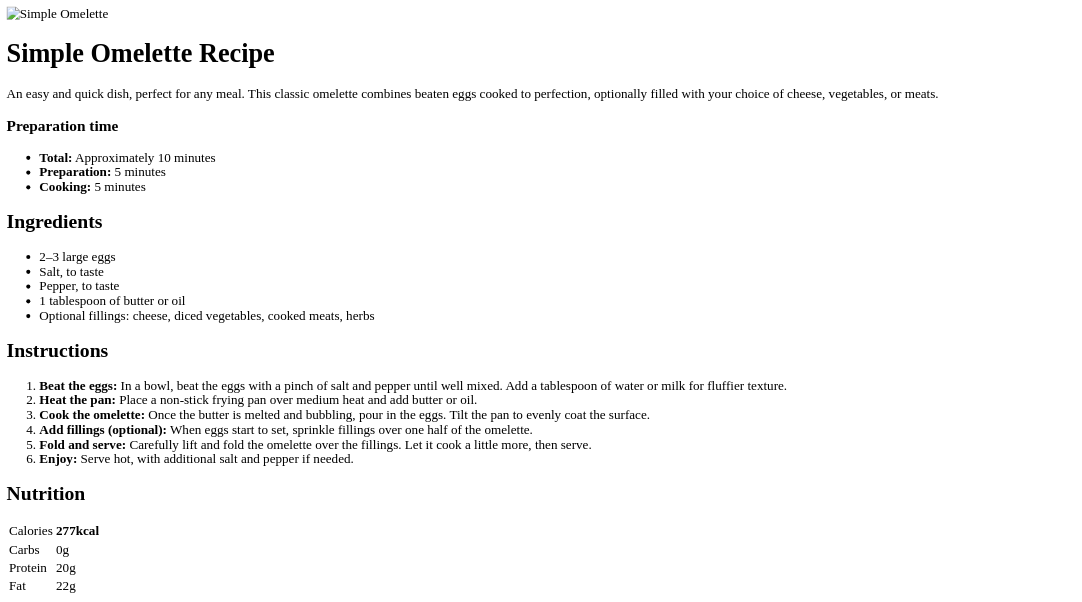
Repository: akbasliogulcan/omletterecipe
Page: index.html
These files come from the project's save history. The page is drawn as it stood at one moment and after the next save; the edit follows.
The browser window is 1280 px wide. The page is 1280 px wide, then 1320 px, so the pictures cover 1320 px, including what lies to the right of the window. The pictures show the whole page, at 82% of full size.

Above is the page before, as saved 2025-07-20 18:13:05.
Not found: omelette.jpg
Not found: styles.css

After the next save:
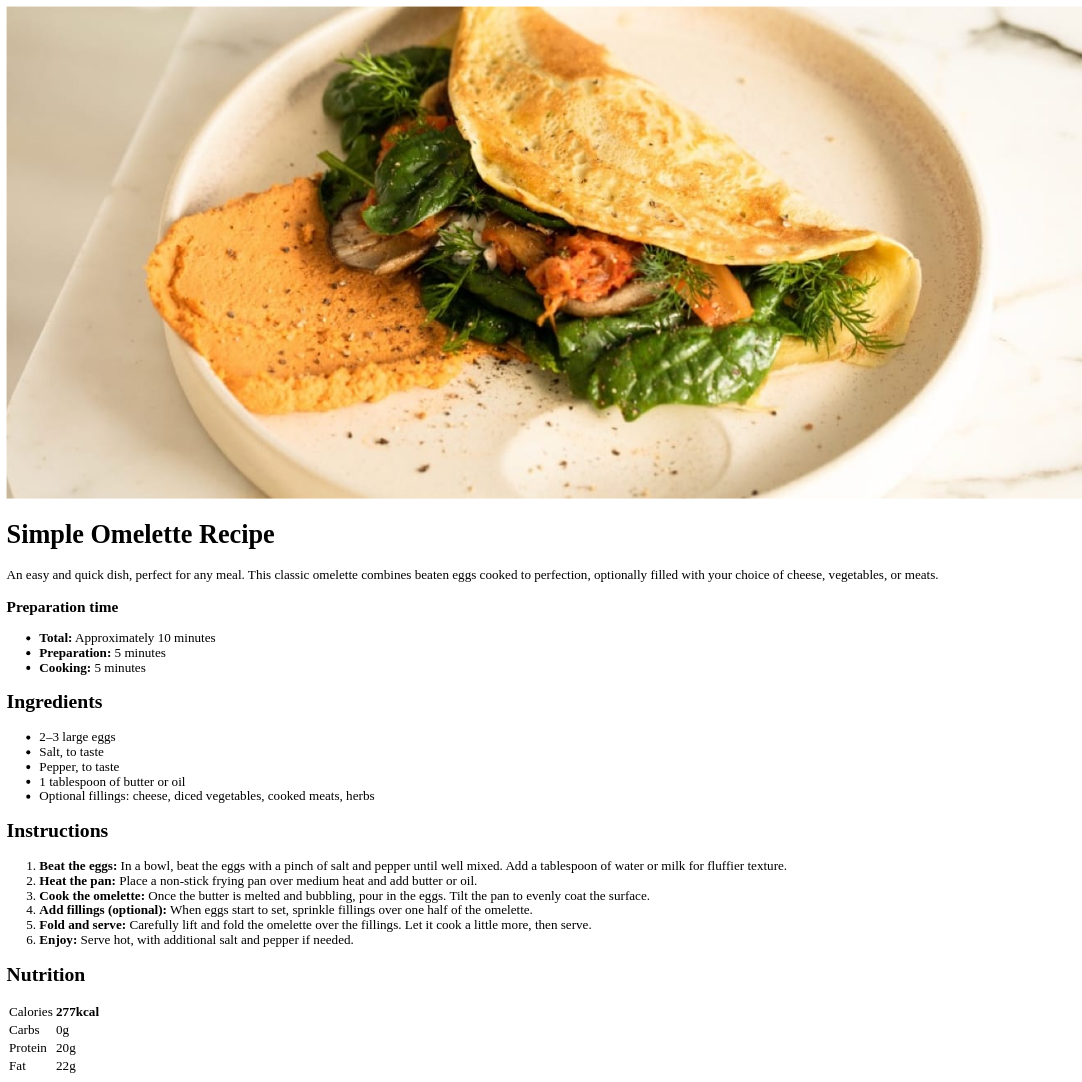
Saved 22 s later.
--- a/index.html
+++ b/index.html
@@ -10,7 +10,7 @@
 
 <body>
   <div class="container">
-    <img src="omelette.jpg" alt="Simple Omelette" class="header-image" />
+    <img src="./assets/images/image-omelette.jpeg" alt="Simple Omelette" class="header-image" />
 
     <h1>Simple Omelette Recipe</h1>
     <p class="description">
